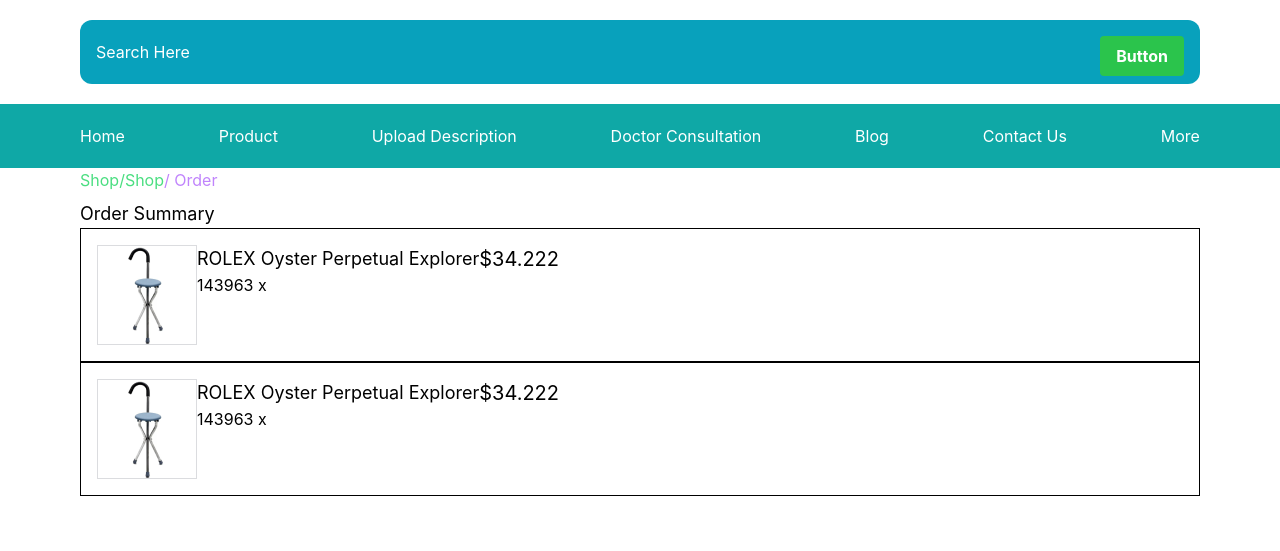
Repository: arafatmollah/pharma
Page: /
An editor plug-in stored every save of this project. The page is shown before and after the next save, followed by the edit.
The browser window is 1280 px wide. The pictures show the whole page.
The project was rebuilt for these pictures with package versions that can differ from the ones it lists, and the page was loaded fresh each time.

Above is the page before, as saved 2023-03-12 01:41:53.

After the next save:
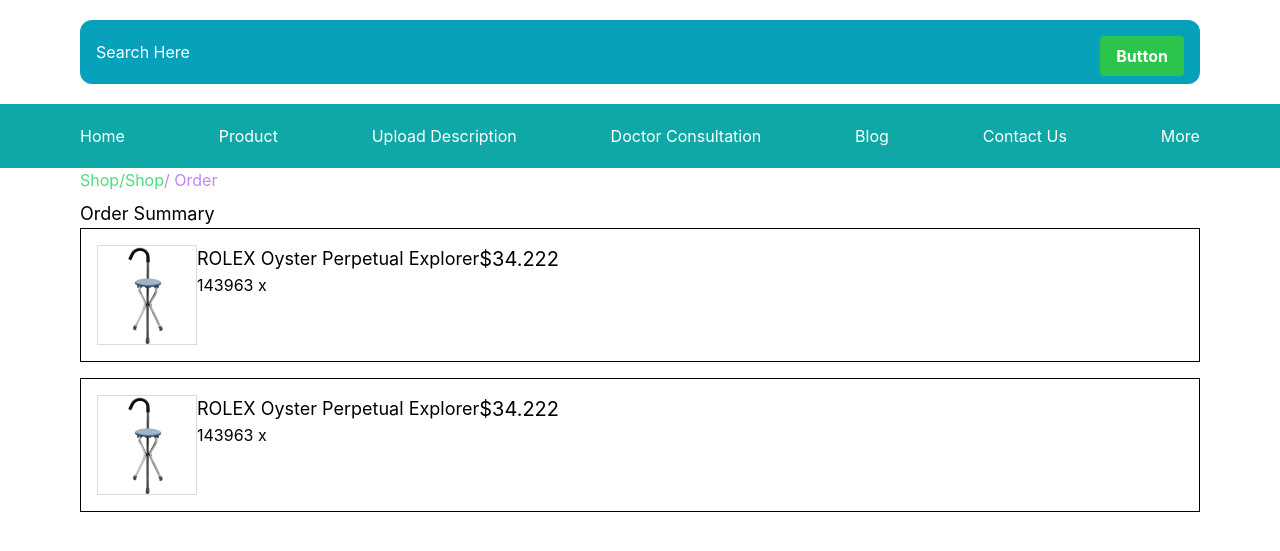
Saved 14 s later.
--- a/src/Order.js
+++ b/src/Order.js
@@ -25,7 +25,7 @@ function order() {
               <h3 className='text-xl'>$34.222</h3>
             </div>
           </div>
-          <div className='flex border-box p-4 order'>
+          <div className='flex border-box p-4 order mt-4'>
             <div>
               <img src={img}></img>
             </div>
